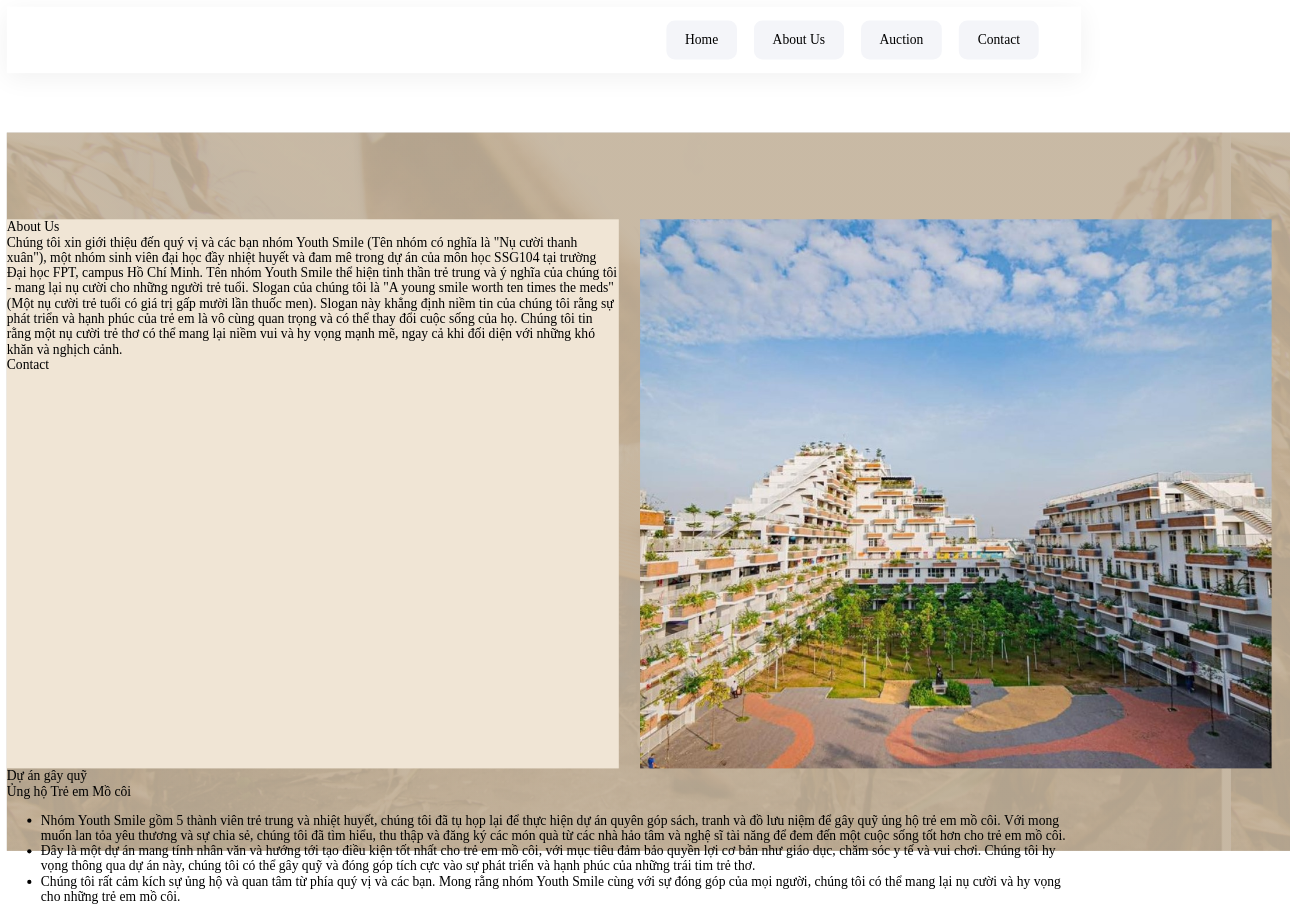
Repository: anatole24/Youth-Smile
Page: about.html
The author's editor kept a copy of each file at every save. The page is drawn from the files as they stood at one save, then again after the next save.
The browser window is 1280 px wide. The page is 1518 px wide, so the pictures cover 1518 px, including what lies to the right of the window. The pictures show the whole page, at 85% of full size.
Some web fonts or font styles are not loaded; a fallback is used.

Above is the page before, as saved 2023-06-29 14:27:49.

### about.html
<!DOCTYPE html>
<head>
  <meta charset="UTF-8">
  <meta http-equiv="X-UA-Compatible" content="IE=edge">
  <meta name="viewport" content="width=device-width, initial-scale=1.0">
  <link rel="stylesheet" href="https://cdnjs.cloudflare.com/ajax/libs/font-awesome/6.4.0/css/all.min.css" integrity="sha512-iecdLmaskl7CVkqkXNQ/ZH/XLlvWZOJyj7Yy7tcenmpD1ypASozpmT/E0iPtmFIB46ZmdtAc9eNBvH0H/ZpiBw==" crossorigin="anonymous" referrerpolicy="no-referrer">
  <link rel="preconnect" href="https://fonts.googleapis.com">
  <link rel="preconnect" href="https://fonts.gstatic.com" crossorigin="">
  <link href="https://fonts.googleapis.com/css2?family=Dancing+Script&amp;family=Geologica&amp;family=Kaushan+Script&amp;family=Lobster&amp;family=Marck+Script&amp;family=Merienda&amp;family=Patrick+Hand&amp;family=Patrick+Hand+SC&amp;family=Playball&amp;family=Roboto&amp;family=Roboto+Condensed&amp;display=swap" rel="stylesheet">
  <link rel="stylesheet" href="header.css">
  <link rel="stylesheet" href="about.css">
  <title>About Us</title>
  <body>
    <div class="header">
      <div class="header_container">
        <div class="header_list"><a class="header_item" href="./index.html">Home</a><a class="header_item" href="./about.html">About Us</a><a class="header_item" href="./auction.html">Auction</a><a class="header_item" href="./contact.html">Contact</a></div>
      </div>
    </div>
    <section class="about">
      <div class="about-top">
        <div class="top-img"></div>
        <div class="top-left">
          <div class="left-title">About Us</div>
          <div class="left-content">Chúng tôi xin giới thiệu đến quý vị và các bạn nhóm Youth Smile (Tên nhóm có nghĩa là "Nụ cười thanh xuân"), một nhóm sinh viên đại học đầy nhiệt huyết và đam mê trong dự án của môn học SSG104 tại trường Đại học FPT, campus Hồ Chí Minh. Tên nhóm Youth Smile thể hiện tinh thần trẻ trung và ý nghĩa của chúng tôi - mang lại nụ cười cho những người trẻ tuổi. Slogan của chúng tôi là "A young smile worth ten times the meds" (Một nụ cười trẻ tuổi có giá trị gấp mười lần thuốc men). Slogan này khẳng định niềm tin của chúng tôi rằng sự phát triển và hạnh phúc của trẻ em là vô cùng quan trọng và có thể thay đổi cuộc sống của họ. Chúng tôi tin rằng một nụ cười trẻ thơ có thể mang lại niềm vui và hy vọng mạnh mẽ, ngay cả khi đối diện với những khó khăn và nghịch cảnh.</div><a class="left-button" href="./contact.html">Contact</a>
        </div>
        <div class="top-right"></div>
        <div class="top-image"></div>
      </div>
      <div class="about-center">
        <div class="center-img"></div>
        <div class="center-left"> </div>
        <div class="center-right">
          <div class="right-title">Dự án gây quỹ </div>
          <div class="right-title2">Ủng hộ Trẻ em Mồ côi</div>
          <div class="right-content">
            <ul>
              <li>Nhóm Youth Smile gồm 5 thành viên trẻ trung và nhiệt huyết, chúng tôi đã tụ họp lại để thực hiện dự án quyên góp sách, tranh và đồ lưu niệm để gây quỹ ủng hộ trẻ em mồ côi. Với mong muốn lan tỏa yêu thương và sự chia sẻ, chúng tôi đã tìm hiểu, thu thập và đăng ký các món quà từ các nhà hảo tâm và nghệ sĩ tài năng để đem đến một cuộc sống tốt hơn cho trẻ em mồ côi.</li>
              <li>Đây là một dự án mang tính nhân văn và hướng tới tạo điều kiện tốt nhất cho trẻ em mồ côi, với mục tiêu đảm bảo quyền lợi cơ bản như giáo dục, chăm sóc y tế và vui chơi. Chúng tôi hy vọng thông qua dự án này, chúng tôi có thể gây quỹ và đóng góp tích cực vào sự phát triển và hạnh phúc của những trái tim trẻ thơ.</li>
              <li>Chúng tôi rất cảm kích sự ủng hộ và quan tâm từ phía quý vị và các bạn. Mong rằng nhóm Youth Smile cùng với sự đóng góp của mọi người, chúng tôi có thể mang lại nụ cười và hy vọng cho những trẻ em mồ côi.</li>
            </ul>
          </div>
        </div>
      </div>
    </section>
  </body>
</head>

### header.css
:root {
  --primary-color: #c08d18bb;
}
body {
  overflow-x: hidden;
}
a {
  text-decoration: none;
  color: inherit;
}
button {
  cursor: pointer;
  outline: none;
  font: inherit;
  background-color: transparent;
  border: none;
}

.header {
  background-color: white;
  padding: 16px 0;
  box-shadow: 0px 6px 30px 0px rgba(15, 15, 15, 0.06);
  margin-bottom: 70px;
}
.header_container {
  margin: 0 auto;
}
.header_list {
  margin-right: 50px;
  display: flex;
  align-items: center;
  justify-content: flex-end;
  gap: 20px;
  flex-direction: row;
  flex-wrap: nowrap;
}
.header_item {
  padding: 14px 22px;
  border-radius: 10px;
  background-color: #f4f5f9;
  display: block;
  transition: background-color 0.2s linear, color 0.25s ease-in;
}
.header_item:hover {
  background-color: #c08d18bb;
  color: white;
}

### about.css
:root {
  --primary-color: #77472d;
  --second-color: #f0e5d5;
}
.top-img {
  width: 1510px;
  height: 845px;
  flex-shrink: 0;
  background: linear-gradient(
      0deg,
      rgba(234, 232, 218, 0.01) 0%,
      rgba(234, 232, 218, 0.01) 100%
    ),
    url("./images/a-back.png"), lightgray 50% / cover no-repeat;
}
.top-left {
  width: 720px;
  height: 646px;
  margin-top: -743px;
  flex-shrink: 0;
  background: #f0e5d5;
}
.top-right {
  width: 743px;
  height: 646px;
  margin-top: -646px;
  margin-left: 745px;
  flex-shrink: 0;
  background: url("./images/fpt-campus.jpg") no-repeat center right/ cover;
  object-position: bottom;
}

After the next save:
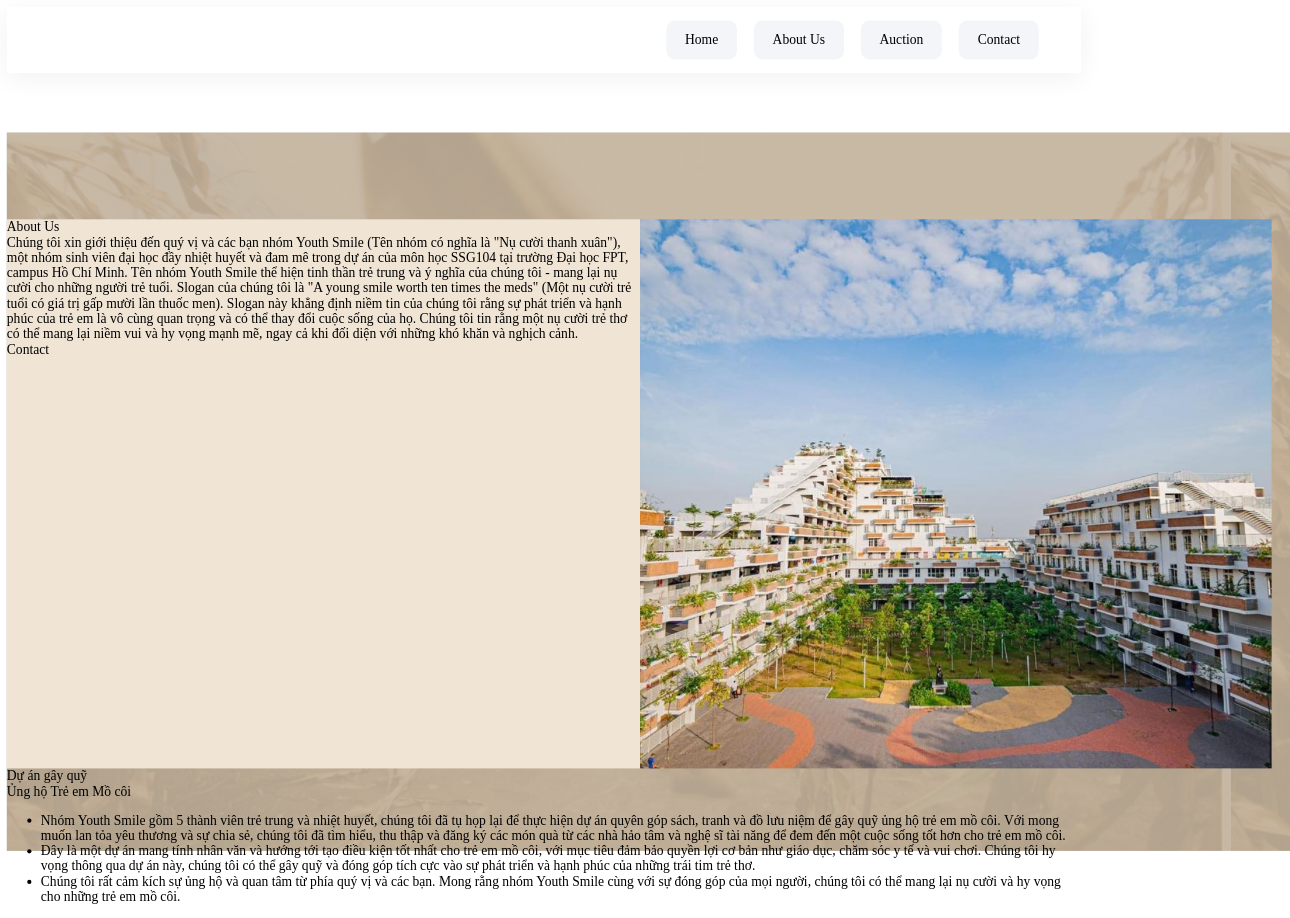
Saved 7 s later.
--- a/about.css
+++ b/about.css
@@ -14,7 +14,7 @@
     url("./images/a-back.png"), lightgray 50% / cover no-repeat;
 }
 .top-left {
-  width: 720px;
+  width: 745px;
   height: 646px;
   margin-top: -743px;
   flex-shrink: 0;
